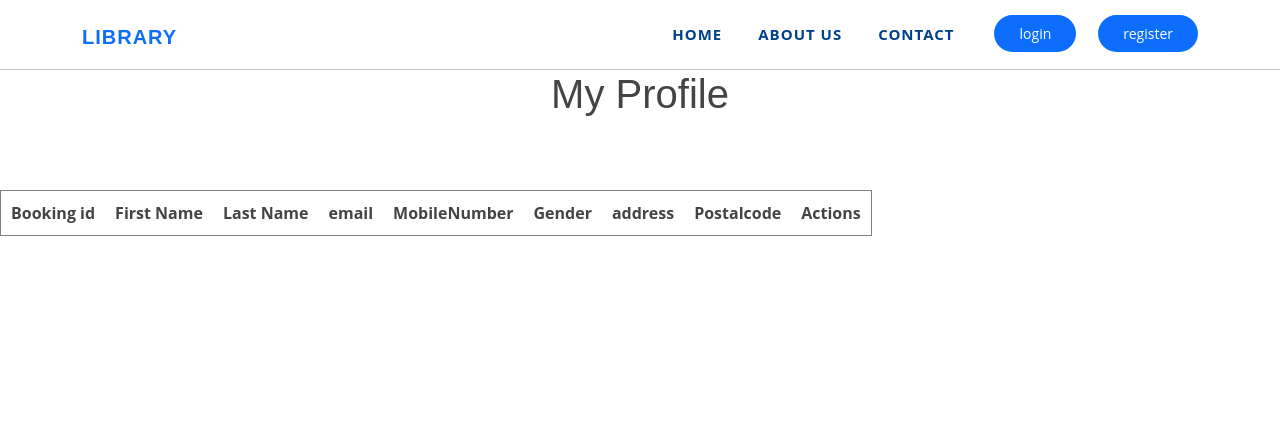
Repository: gousiya669/edubridgeprojects
Page: http://localhost/index
An editor plug-in stored every save of this project. The page is shown before and after the next save, followed by the edit.
The browser window is 1280 px wide. The pictures show the whole page.
The page is this project's Thymeleaf template; nobody is signed in. The template is opened directly, without the code that normally fills it, so the values that code supplies are empty.

Above is the page before, as saved 2021-10-05 06:08:08.

### java code/eclipse-workspace/shoppingmart/src/main/resources/templates/index.html
<!DOCTYPE html>
<html xmlns="http://www.w3.org/1999/xhtml"
      xmlns:th="http://www.thymeleaf.org">
<head>
<link href="https://cdn.jsdelivr.net/npm/bootstrap@5.1.1/dist/css/bootstrap.min.css" rel="stylesheet" integrity="sha384-F3w7mX95PdgyTmZZMECAngseQB83DfGTowi0iMjiWaeVhAn4FJkqJByhZMI3AhiU" crossorigin="anonymous">
<style>
/*--------------------------------------------------------------
# General
--------------------------------------------------------------*/
body {
  font-family: "Open Sans", sans-serif;
  color: #444444;
}

a {
  /*color: #0d6efd;*/
  text-decoration: none;
}

a:hover {
  /*color: #86db9f;*/
  text-decoration: none;
}

h1, h2, h3, h4, h5, h6 {
  font-family: "Raleway", sans-serif;
}

/*
==========================================
   Header Design
==========================================
*/
.navigation-wrap {
    /*position: fixed;*/
    width: 100%;
    left: 0;
    z-index: 1000;
    -webkit-transition: all 0.3s ease-out;
    transition: all 0.3s ease-out;
    padding: 15px 0;
}
.navigation-wrap .nav-item{
  padding:0 0.625rem;
  transition:all 200ms linear;
}
.navbar-toggler:focus{
  outline:unset;
  border:unset;
  box-shadow: none;
}
.nav-link{
  font-size:0.9375rem;
  font-weight: 600;
  text-transform: capitalize;
  color:var(--primary-color);
  letter-spacing: 1px;
}
.navigation-wrap .main-btn{
  padding:0.3125rem 1.4375rem;
  box-shadow: none;
  margin-left:0.625rem;
}

/* Change navbar styling on scroll */

.navigation-wrap.scroll-on{
  position:fixed;
  top:0;
  left:0;
  width:100%;
  background:var(--white-color);
  box-shadow: 0 0.125rem 1.75rem 0 rgb(0,0,0,0.09);
  transition:all .15s ease-in-out 0s;
}



     nav.navbar.navbar-expand-lg.navigation-wrap {
    /* background: linear-gradient(to right, rgba(38,183,231,1) 0%, rgba(68,221,97,1) 100%) !important; */
    background: white;
    border-bottom: 1px solid #cec1bb;
}

a.nav-link {
    color: #004289;
    font-weight: 700;
    text-transform: uppercase;
}
.login {
  margin-left: 22px;
  background: #0d6efd;
  color: #fff;
  border-radius: 50px;
  padding: 8px 25px;
  white-space: nowrap;
  transition: 0.3s;
  font-size: 14px;
  display: inline-block;
}

.login:hover {
  background: #0d6efd;
  color: #fff;
}
.logo {
    font-size: 30px;
    margin: 0;
    padding: 0;
    line-height: 1;
    font-weight: 600;
    letter-spacing: 1px;
    text-transform: uppercase;
    font-family: "Poppins", sans-serif;
}

@media (max-width: 768px) {
  .get-started-btn {
    margin: 0 15px 0 0;
    padding: 6px 18px;
  }
}


.table-responsive {
    display: block;
    width: 100%;
    overflow-x: auto;
    -ms-overflow-style: -ms-autohiding-scrollbar;
}
.table-responsive table.table {
    border: 1px solid #dddddd;
    border-top: 0px;
}
.table-responsive .table {
    width: 100%;
    max-width: 100%;
    margin-bottom: 1rem;
}
.table-responsive table.table tr th {
    background-color: #089cb9e3;
    color: #fff;
    text-transform: uppercase;
    text-align: center;
    padding: 12px;
    border-right: 1px solid #fff;
}
.table-responsive .table thead th {
    vertical-align: bottom;
    border-bottom: 2px solid #eceeef;
}
.table-responsive table.table tr:nth-child(odd) td {
    background-color: #fcfcfc;
}
.table-responsive table.table tr td {
    text-align: center;
    padding: 12px;
    border-right: 1px solid #fff;
}


.table-responsive a.update {
    color: black;
    background: #e8dedecc;
}

.table-responsive a.view {
    background: rgba(0,150,136,.1);
    color: #009688;
}
 .table-responsive a.cancel {
    background: rgba(233,30,99,.1);
    color: #e91e63;
}

 .table-responsive a {
    background: #f4f5f7;
    padding: 5px 15px;
    font-size: 13px;
    display: inline-block;
}
a
{
    text-decoration: none;
}



</style>
<meta charset="utf-8"/>
<title>Shopping mart</title>

</head>
<body>

 <header>
      <nav class="navbar navbar-expand-lg navigation-wrap">
        <div class="container">
   <h1 class="logo me-auto"><a href="index.html" class="navbar-brand">Library</a></h1>
          <button class="navbar-toggler" type="button" data-bs-toggle="collapse" data-bs-target="#navbarText"
            aria-controls="navbarText" aria-expanded="false" aria-label="Toggle navigation">
            <i class="fas fa-stream navbar-toggler-icon"></i>
          </button>
          <div class="collapse navbar-collapse" id="navbarText">
            <ul class="navbar-nav ms-auto mb-2 mb-lg-0">
              <li class="nav-item">
                <a class="nav-link active" aria-current="page" href="index.html">Home</a>
              </li>
              <li class="nav-item">
                <a class="nav-link" href="about.html">About Us</a>
              </li>
              <li class="nav-item">
                <a class="nav-link" href="contact.html">Contact</a>
              </li>


              <li><a href="login.html" class="login">login</a></li>
                <li><a href="register.html" class="login">register</a></li>
            </ul>
          </div>
        </div>
      </nav>
    </header>

<div class="table-responsive">
               <table class="table">
<div align="center">
    <h1>My Profile</h1>

    <br/><br/>
    <table border="1" cellpadding="10">
        <thead>
            <tr>
                <th>Booking id</th>
                <th>First Name</th>
                <th>Last Name</th>
                <th>email</th>
                <th>MobileNumber</th>
                <th> Gender</th>
                <th>address</th>
                 <th>Postalcode</th>
                  <th>Actions</th>

            </tr>
        </thead>
        <tbody>
            <tr th:each="myprofile : ${myprofileList}">
            	<td th:text="${myprofile.regid}">regid</td>
                <td th:text="${myprofile.firstname}"> firstname</td>
                <td th:text="${myprofile.lastname}">lastname</td>
                <td th:text="${myprofile.email}"> email</td>
                <td th:text="${myprofile.mobilenumbers}">mobilenumber</td>
                <td th:text="${myprofile.gender}">gender</td>
                <td th:text="${myprofile.address}">address</td>
                <td th:text="${myprofile.postalcode}">postalcode</td>


               <td>
                	<a th:href="@{/myprofile/{id}(id=${myprofile.regid})}">Edit</a>
                	&nbsp;&nbsp;&nbsp;

                </td>
            </tr>
        </tbody>
    </table>
</div>
</div>
</div>
</body>
</html>

After the next save:
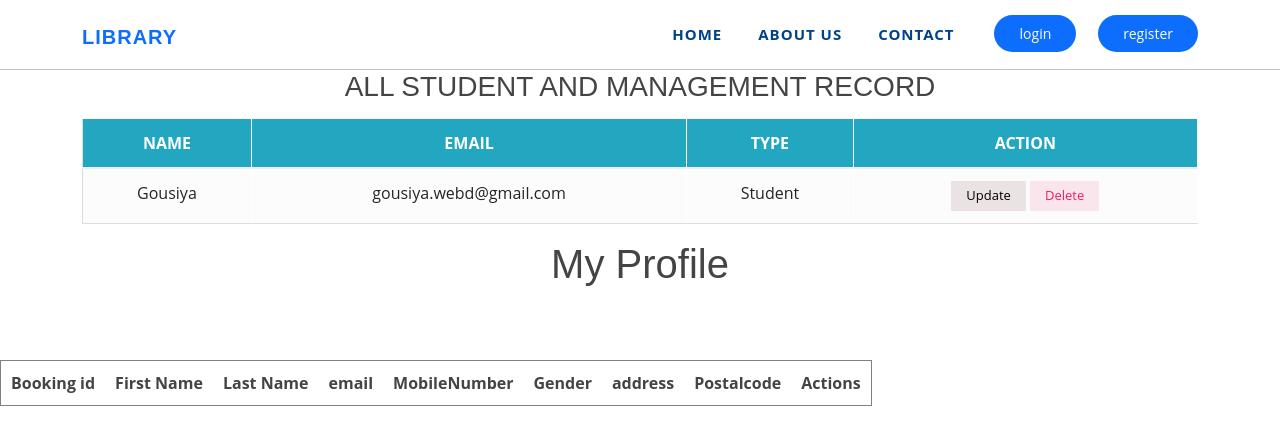
Saved 2 min 48 s later.
--- a/java code/eclipse-workspace/shoppingmart/src/main/resources/templates/index.html
+++ b/java code/eclipse-workspace/shoppingmart/src/main/resources/templates/index.html
@@ -222,6 +222,66 @@ a
       </nav>
     </header>
 
+
+
+
+
+
+
+    <section>
+ <div class="container">
+
+
+<h3 class="text-center mb-3 ">ALL STUDENT AND MANAGEMENT RECORD</h3>
+
+
+
+<div class="table-responsive">
+               <table class="table">
+                <thead>
+                  <tr>
+                    <th>Name</th>
+                    <th>Email</th>
+                    <th>Type</th>
+
+
+
+                    <th>Action</th>
+                  </tr>
+                </thead>
+                <tbody>
+                  <tr>
+                    <td>Gousiya</td>
+                    <td>gousiya.webd@gmail.com</td>
+                    <td>Student</td>
+
+                    <td>
+                      <a href="#" class="update">Update</a>
+                    <a href="#" class="cancel">Delete</a></td>
+                  </tr>
+
+
+                </tbody>
+              </table>
+             </div>
+</div>
+
+
+</section>
+
+
+
+
+
+
+
+
+
+
+
+
+
+
 <div class="table-responsive">
                <table class="table">
 <div align="center">
